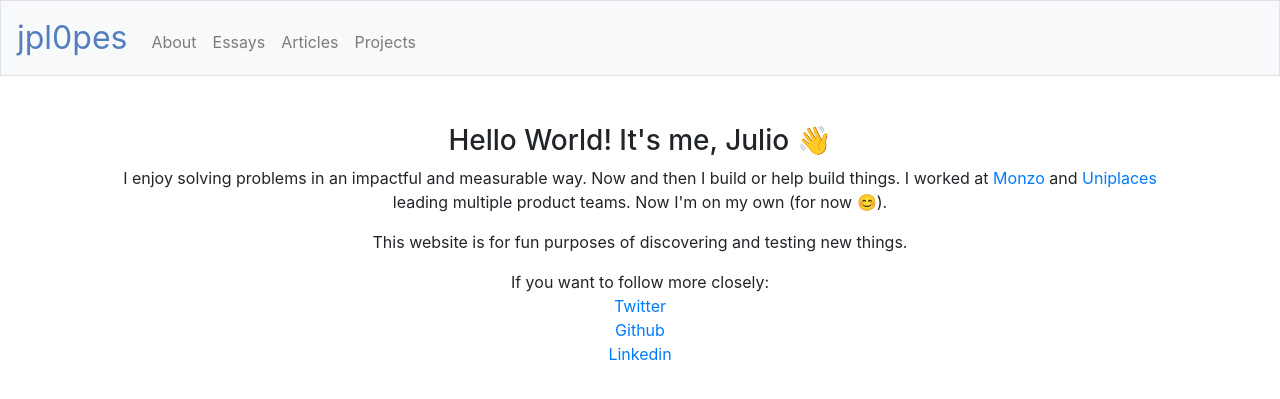
Repository: jpl0pes/cs50problems
Page: http://localhost/
The author's editor kept a record of every edit. The page is drawn from the files as they stood at one moment, then again after the next edit.
The browser window is 1280 px wide. The pictures show the whole page.
The page is served by the project's application, run on Flask 3 (final_project/application.py).

Above is the page before.

After the next edit:
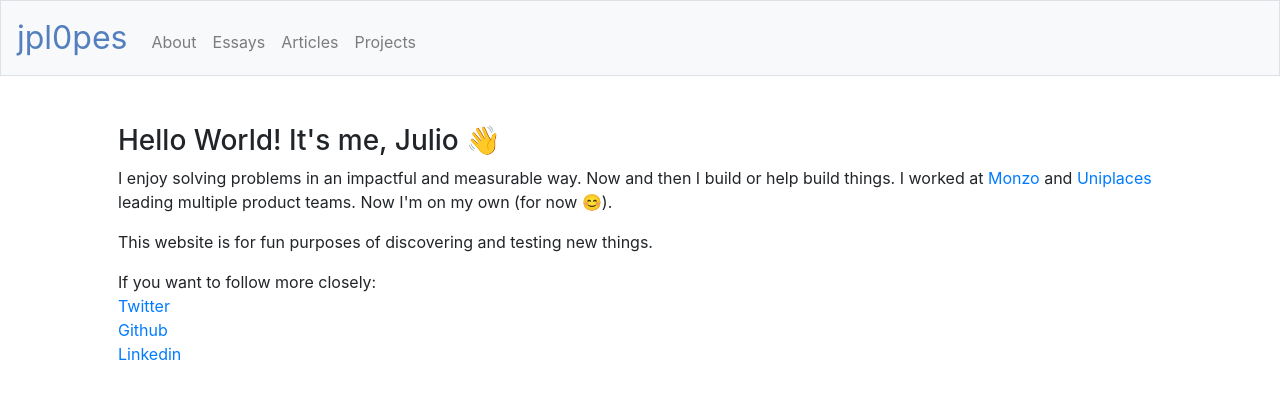
The edit:
--- a/final_project/templates/layout.html
+++ b/final_project/templates/layout.html
@@ -39,7 +39,7 @@
                         <li class="nav-item"><a class="nav-link" href="/projects">Projects</a></li>
                     </ul>
         </nav>
-        <main class="container p-5">
+        <main class="container p-5" style="text-align: left">
             {% block main %}{% endblock %}
         </main>
 
